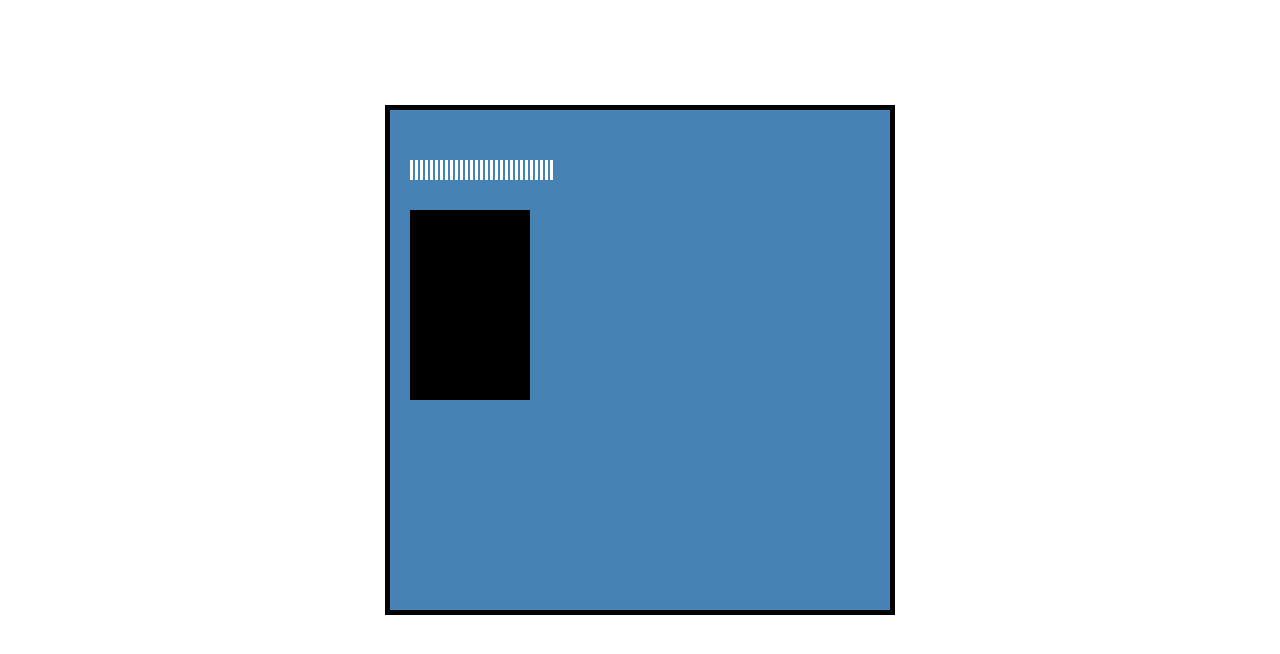
Repository: vasucp1207/seahorse-shooting-game
Page: index.html
The author's editor kept a copy of each file at every save. The page is drawn from the files as they stood at one save, then again after the next save.
The browser window is 1280 px wide. The pictures show the whole page.

Above is the page before, as saved 2022-08-24 18:40:18.

After the next save:
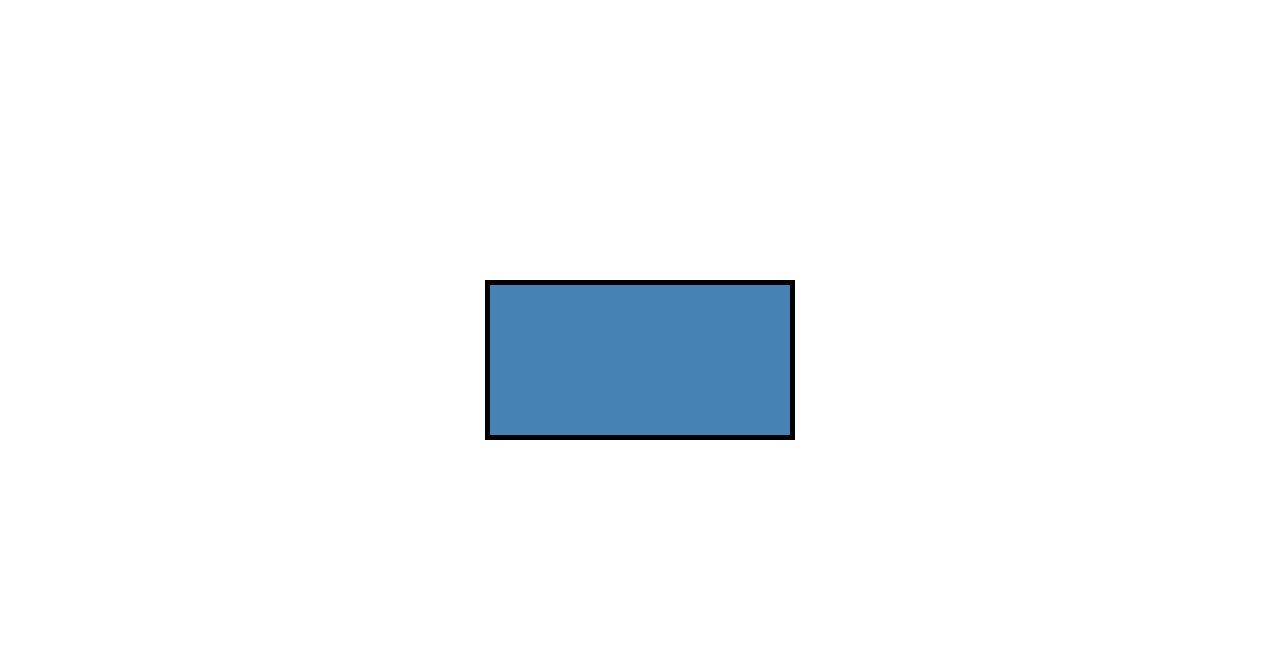
Console error: SyntaxError: Unexpected token '}'
Saved 8 s later.
--- a/script.js
+++ b/script.js
@@ -90,7 +90,8 @@
 
     class Enemy {
         constructor(game){
-
+            this.game = game
+            this.
         }
     }
 

After the 5 saves that followed:
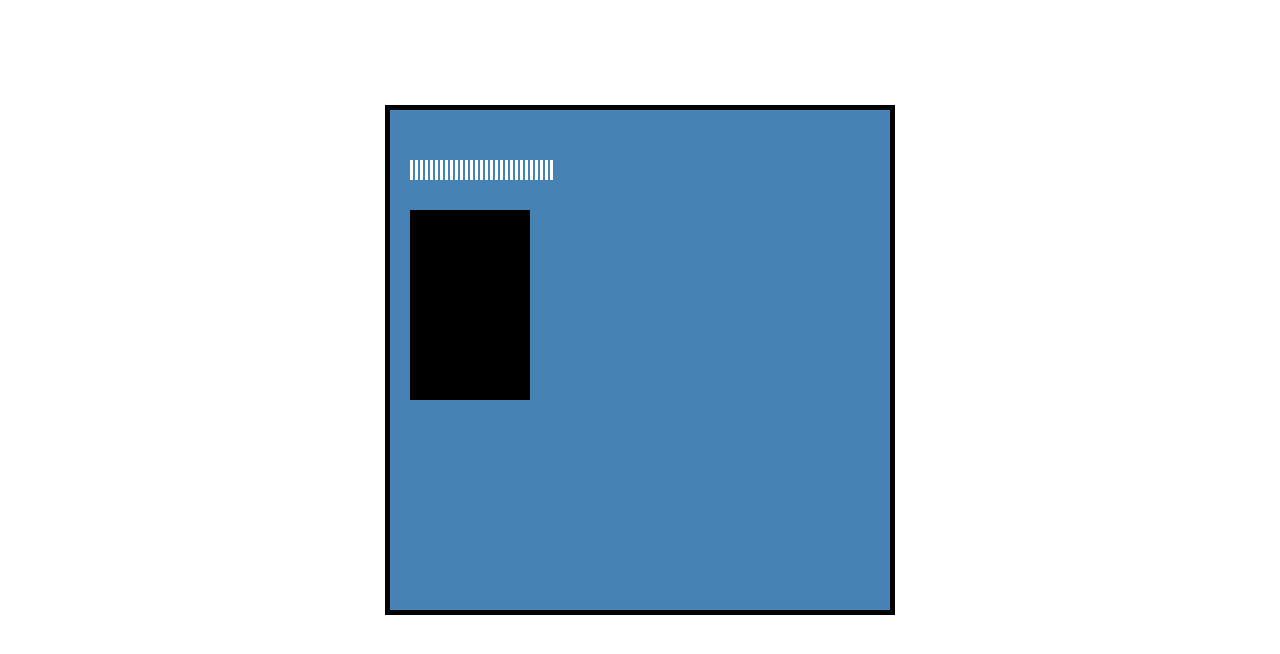
The error is gone.
The 5 saves are shown as one change because 2 left the picture as it was and some came seconds apart.
The last was saved 28 s later.
--- a/script.js
+++ b/script.js
@@ -91,7 +91,8 @@
     class Enemy {
         constructor(game){
             this.game = game
-            this.
+            this.x = this.game.width
+            this.speedX = Math.random() * -1.5 - 0.5
         }
     }
 
